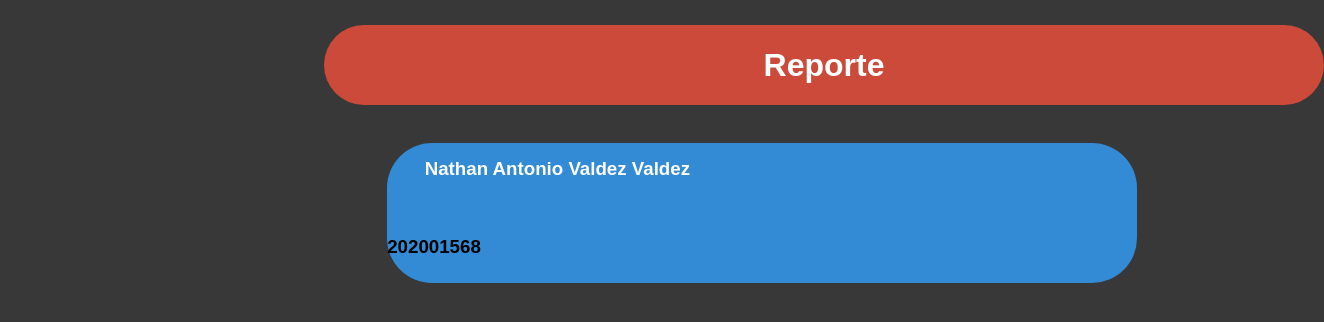
Repository: nathanvdev/LFP_PR_202001568
Page: plantilla.html
The author's editor kept a copy of each file at every save. The page is drawn from the files as they stood at one save, then again after the next save.
The browser window is 1280 px wide. The page is 1324 px wide, so the pictures cover 1324 px, including what lies to the right of the window. The pictures show the whole page.

Above is the page before, as saved 2022-02-19 18:53:11.

After the next save:
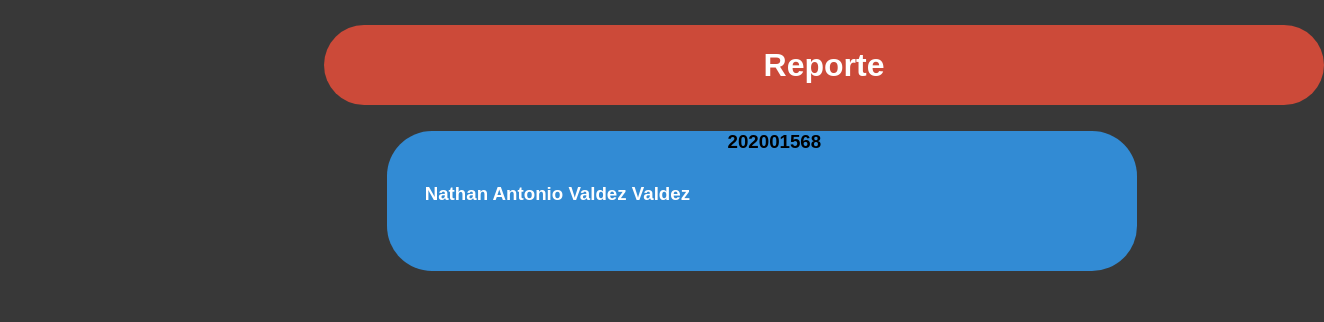
Saved 8 s later.
--- a/plantilla.html
+++ b/plantilla.html
@@ -39,10 +39,10 @@
     </div>
     <div class="PersonalInfo">
         <h3 style="color: white;
-        padding-top: 15px; margin: 5%;">
+        padding-top: 15px; margin: 5%; float: left;">
             Nathan Antonio Valdez Valdez
         </h3>
-        <h3 style="float: left;">
+        <h3 >
             202001568
         </h3>
     </div>
